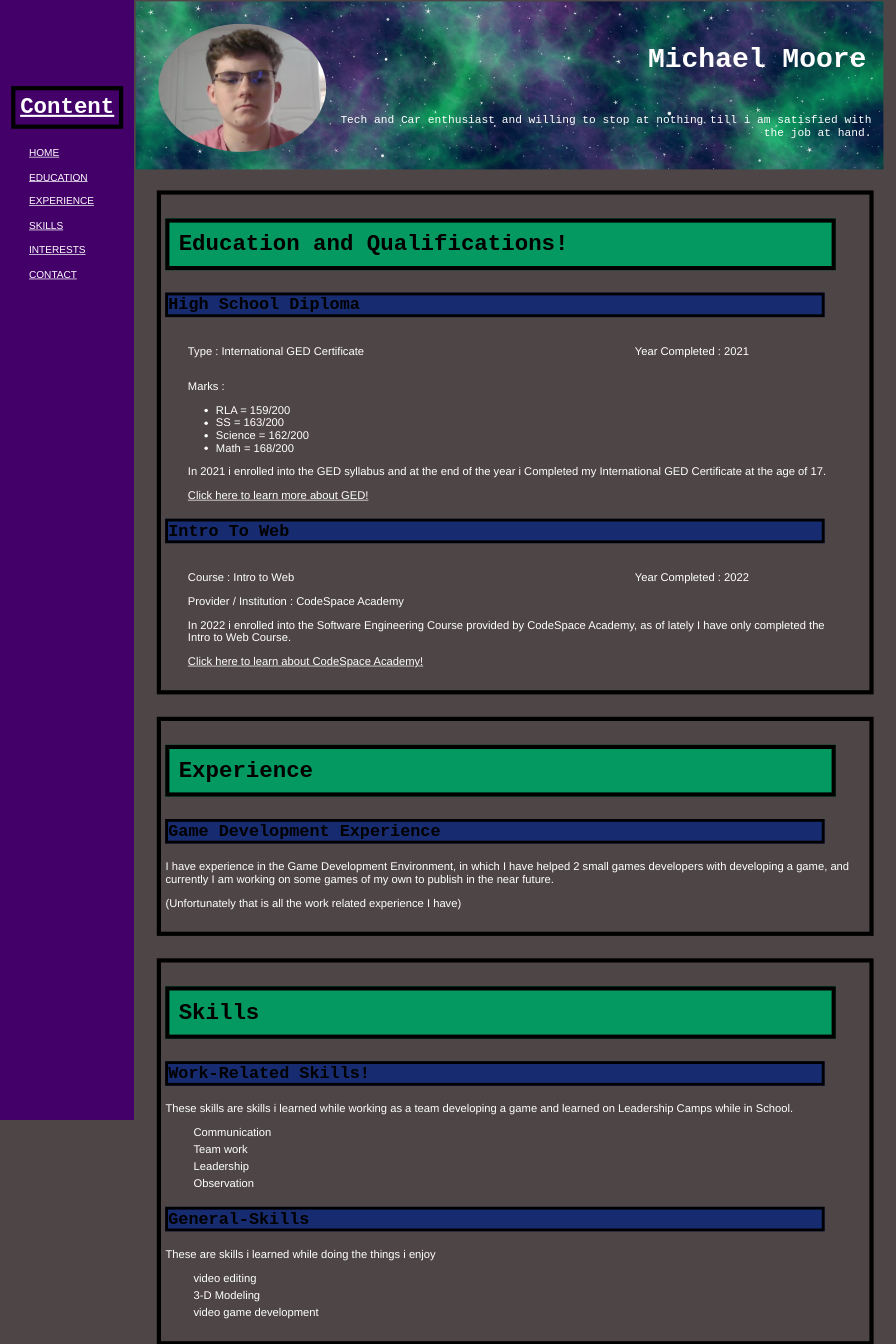
Repository: MikeMoore55/MichaelMooreResumeProject
Page: Resume.html
The author's editor kept a copy of each file at every save. The page is drawn from the files as they stood at one save, then again after the next save.
The browser window is 1280 px wide. The pictures show the part of the page from y = 0 to 1920 px (the page is 2882 px tall), at 70% of full size.

Above is the page before, as saved 2022-02-12 12:23:45.

After the next save:
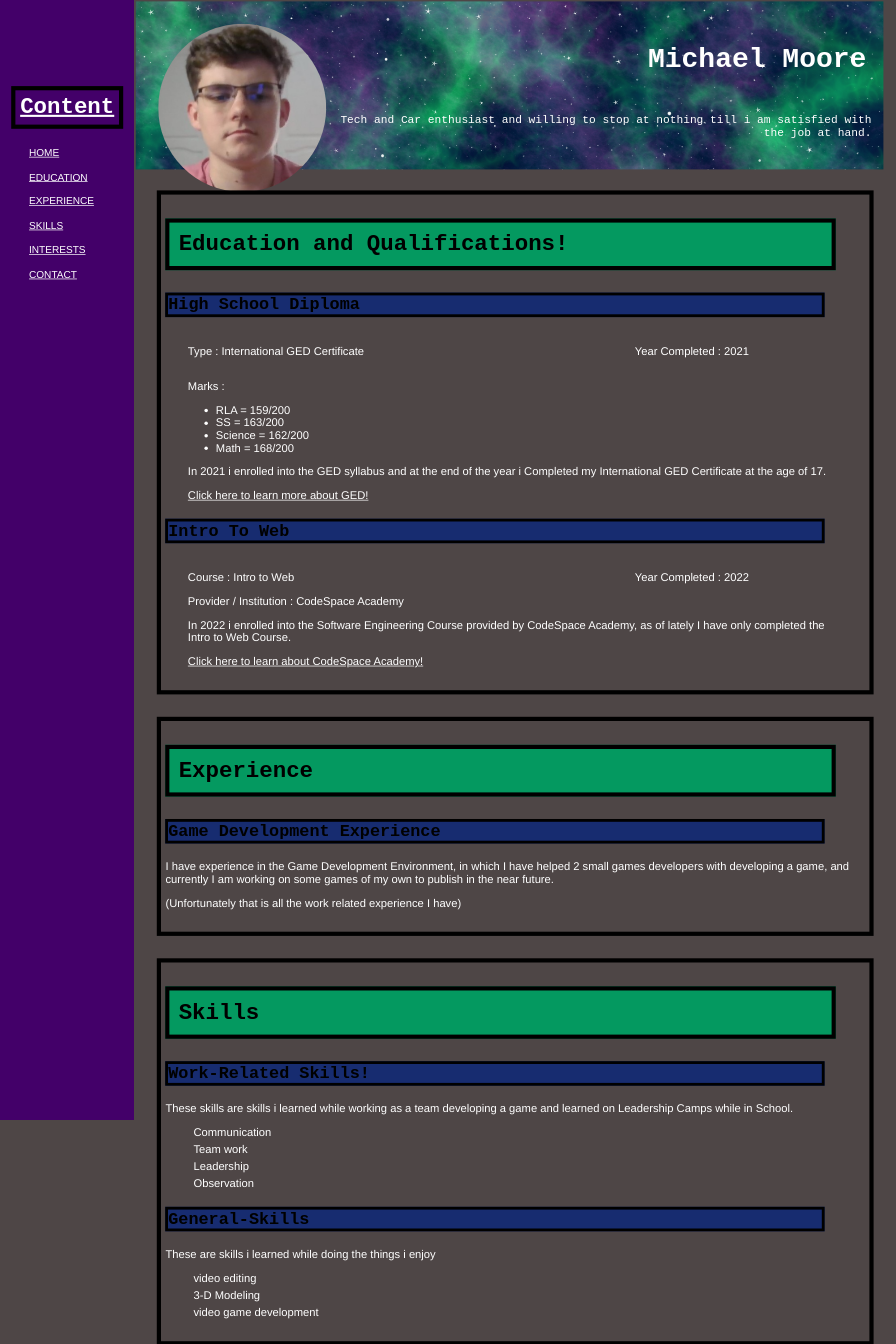
Saved 84 s later.
--- a/Resume.html
+++ b/Resume.html
@@ -14,7 +14,7 @@
 
     <header id="home">
 
-        <img id="profilePic" src="/images/WIN_20220212_12_21_20_Pro (2).jpg" alt="Picture of Michael Moore">
+        <img id="profilePic" src="/images/Michael Photo.jpg" alt="Picture of Michael Moore">
 
         <h1 id="name">
             Michael Moore
